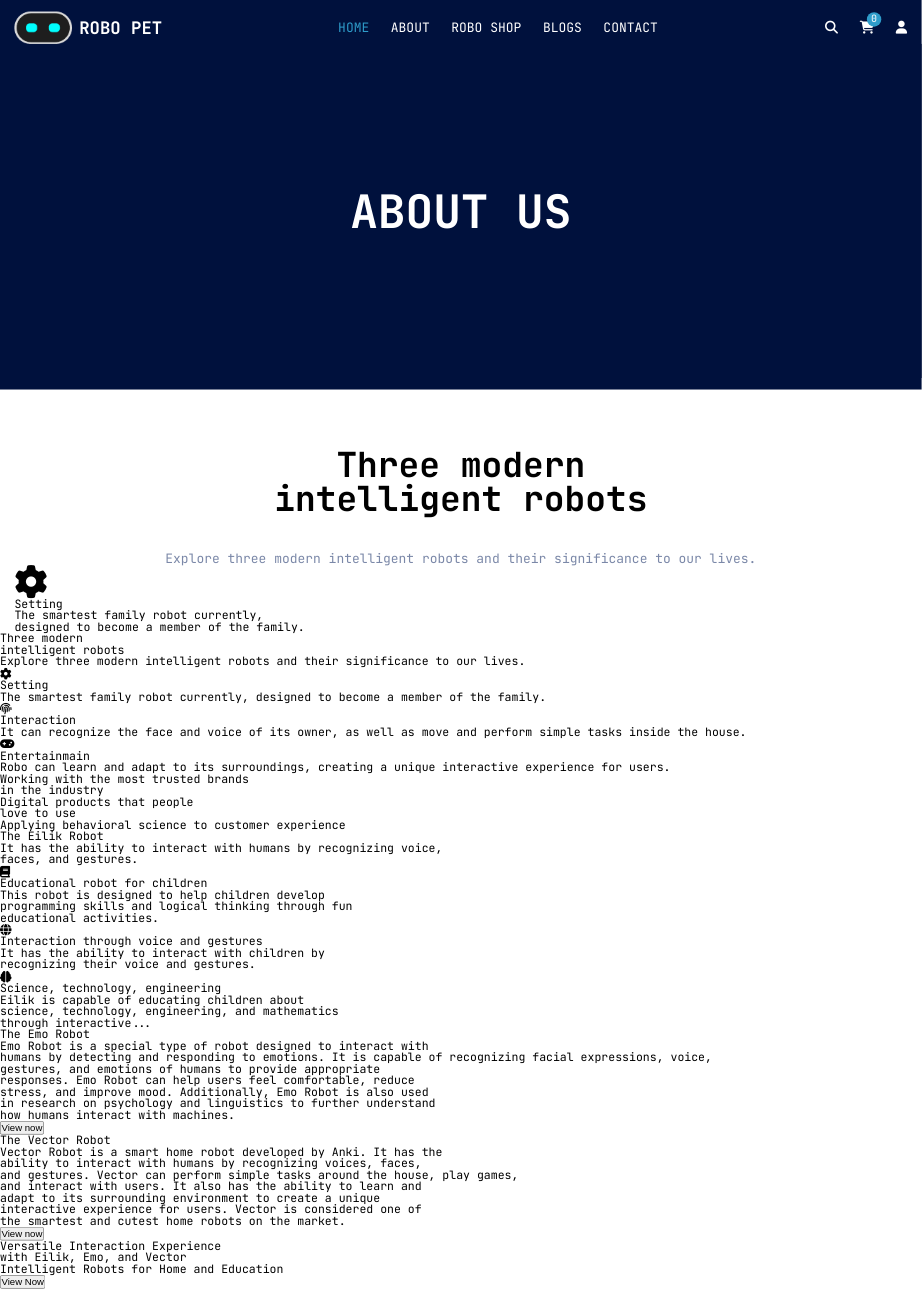
Repository: trietle101/du-an-1
Page: http://localhost/about.html
These files come from the project's save history. The page is drawn as it stood at one moment and after the next save; the edit follows.
The browser window is 1280 px wide. The pictures show the whole page, at 72% of full size.
Some web libraries are served in a nearby version. The page is run by PHP 8.4 with error messages shown; the project is at /var/www/html/.

Above is the page before, as saved 2023-03-12 22:26:50.

### about.html
<!DOCTYPE html>
<html lang="en">
  <head>
    <meta charset="UTF-8" />
    <meta http-equiv="X-UA-Compatible" content="IE=edge" />
    <meta name="viewport" content="width=device-width, initial-scale=1.0" />
    <title>About</title>
    <link rel="stylesheet" href="assets/css/reset.css" />
    <link rel="preconnect" href="https://fonts.googleapis.com" />
    <link rel="preconnect" href="https://fonts.gstatic.com" crossorigin />
    <link rel="stylesheet" href="assets/css/about.css">
    <link
      href="https://fonts.googleapis.com/css2?family=JetBrains+Mono:wght@300;400;500;700&display=swap"
      rel="stylesheet"
    />
    <script
      src="https://kit.fontawesome.com/08ee78edd1.js"
      crossorigin="anonymous"
    ></script>
  </head>
  <body>
    <header class="header">
      <div class="container">
        <nav class="header-nav">
          <a href="#" class="header-logo">
            <img src="assets/img/logo.png" />
            <span>ROBO PET</span>
          </a>

          <ul class="nav__list">
            <li class="nav__item">
              <a href="#" class="nav__link active">Home</a>
            </li>
            <li class="nav__item">
              <a href="#" class="nav__link">About</a>
            </li>
            <li class="nav__item">
              <a href="#" class="nav__link">Robo shop</a>
            </li>
            <li class="nav__item">
              <a href="#" class="nav__link">Blogs</a>
            </li>
            <li class="nav__item">
              <a href="#" class="nav__link">Contact</a>
            </li>
          </ul>

          <ul class="nav__list">
            <li class="nav__item">
              <a href="" class="nav__link"
                ><i class="fa-solid fa-magnifying-glass"></i
              ></a>
            </li>
            <li class="nav__item">
              <a href="" class="nav__link absolute">
                <i class="fa-solid fa-cart-shopping"></i>
                <span>0</span>
              </a>
            </li>
            <li class="nav__item">
              <a href="" class="nav__link"><i class="fa-solid fa-user"></i></a>
            </li>
          </ul>
        </nav>
      </div>
      <div class="header-banner">
        <div class="container">
          <h1 class="banner-title">ABOUT US</h1>
        </div>
      </div>
    </header>
    <section class="modern">
      <div class="container">
        <h2 class="modern-title">Three modern <br> intelligent robots</h2>
        <p class="modern-desc">Explore three modern intelligent robots and their significance to our lives.</p>
        <div class="modern-box">
          <div class="modern-item">
            <i class="fa-solid fa-gear"></i>
            <h3 class="modern-box-title">Setting</h3>
            <p class="modern-box-desc">The smartest family robot currently, designed to become a member of the family.</p>
          </div>
        </div>
      </div>
    </section>

    <!--phần banner-->
    <div class="banner">
           </div>
           <div class="name2">
            <h2>Three modern <br>
              intelligent robots</h2>
            <p>Explore three modern intelligent robots and their significance to our lives.</p>

        <div class="box-top">
            <div class="namebox">
                <i class="fa-solid fa-gear"></i>
                <h3>Setting</h3>
                <p>The smartest family robot currently, designed to become a member of the family.</p>
            </div>


            <div  class="namebox">
              <i class="fa-solid fa-fingerprint"></i>
                <h3>Interaction</h3>
                <p>It can recognize the face and voice of its owner, as well as move and perform simple tasks inside the house.</p>
            </div>


            <div class="namebox">
              <i class="fa-solid fa-gamepad"></i>
                <h3>Entertainmain</h3>
                <p>Robo can learn and adapt to its surroundings, creating a unique interactive experience for users.</p>
            </div>
        </div>

        <div class="name2">
          <h2>Working with the most trusted brands <br> in the industry</h2>
        </div>

        <div class="banner2">
        </div>
        <div class="namebanner2">
          <h4>Digital products that people <br> love to use</h4>
          <p>Applying behavioral science to customer experience</p>
          <div class="box-text">
            <h5>The Eilik Robot</h5>
            <p>It has the ability to interact with humans by recognizing voice,<br> faces, and gestures.</p>
               <div class="box-content">
                <i class="fa-solid fa-book"></i>
                <h6>Educational robot for children</h6>
                <p>This robot is designed to help children develop <br> programming skills and logical thinking through fun <br> educational activities.</p>
               </div>

               <div class="box-content">
                <i class="fa-solid fa-globe"></i>
                <h6>Interaction through voice and gestures</h6>
                <p>It has the ability to interact with children by <br> recognizing their voice and gestures.</p>
               </div>

               <div class="box-content">
                <i class="fa-solid fa-brain"></i>
                <h6>Science, technology, engineering</h6>
                <p> Eilik is capable of educating children about <br> science, technology, engineering, and mathematics <br> through interactive...</p>
               </div>

          </div>
          <div class="box-content2">
            <h6>The Emo Robot</h6>
            <p>Emo Robot is a special type of robot designed to interact with <br> humans by detecting and responding to emotions.

              It is capable of recognizing facial expressions, voice,<br>  gestures, and emotions of humans to provide appropriate <br> responses. Emo Robot can help users feel comfortable, reduce <br> stress, and improve mood. Additionally, Emo Robot is also used <br> in research on psychology and linguistics to further understand <br> how humans interact with machines.</p>
          </div>

          <button>View now</button>

          <div class="box-content3">
            <h6>The Vector Robot</h6>
            <p>Vector Robot is a smart home robot developed by Anki. It has  the <br> ability to interact with humans by recognizing voices, faces, <br> and gestures.

              Vector can perform simple tasks around the house, play games, <br> and interact with users. It also has the ability to learn and <br> adapt to its surrounding environment to create a unique <br> interactive experience for users. Vector is considered one of <br> the smartest and cutest home robots on the market.</p>
              <button>View now</button>
            </div>
        </div>
        <div class="endbanner">
          <h2>Versatile Interaction Experience <br> with Eilik, Emo, and Vector</h2>
                <p>Intelligent Robots for Home and Education</p>
                <button>View Now</button>
        </div>
  </body>
  <script src="assets/script/script.js"></script>
</html>

### assets/css/reset.css
/* http://meyerweb.com/eric/tools/css/reset/
   v2.0 | 20110126
   License: none (public domain)
*/
html,
body,
div,
span,
applet,
object,
iframe,
h1,
h2,
h3,
h4,
h5,
h6,
p,
blockquote,
pre,
a,
abbr,
acronym,
address,
big,
cite,
code,
del,
dfn,
em,
img,
ins,
kbd,
q,
s,
samp,
small,
strike,
strong,
sub,
sup,
tt,
var,
b,
u,
i,
center,
dl,
dt,
dd,
ol,
ul,
li,
fieldset,
form,
label,
legend,
table,
caption,
tbody,
tfoot,
thead,
tr,
th,
td,
article,
aside,
canvas,
details,
embed,
figure,
figcaption,
footer,
header,
hgroup,
menu,
nav,
output,
ruby,
section,
summary,
time,
mark,
audio,
video {
  margin: 0;
  padding: 0;
  border: 0;
  font-size: 100%;
  font: inherit;
  vertical-align: baseline;
}

/* HTML5 display-role reset for older browsers */
article,
aside,
details,
figcaption,
figure,
footer,
header,
hgroup,
menu,
nav,
section {
  display: block;
}

body {
  line-height: 1;
}

ol,
ul {
  list-style: none;
}

blockquote,
q {
  quotes: none;
}

blockquote:before,
blockquote:after,
q:before,
q:after {
  content: "";
  content: none;
}

table {
  border-collapse: collapse;
  border-spacing: 0;
}

*,
*:after,
*:before {
  margin: 0;
  padding: 0;
  box-sizing: border-box;
}
ul,
li {
  list-style-type: none;
}
a {
  text-decoration: none;
}

### assets/css/about.css
:root {
  --primary-color: #00113d;
  --secondary-color: #2e9cca;
}

html {
  box-sizing: border-box;
}

img {
  display: block;
  max-width: 100%;
}

body {
  font-family: "JetBrains Mono", sans-serif;
  min-height: 100vh;
  margin: 0;
}
header {
  background: var(--primary-color);
  padding: 1em 0;
  width: 100%;
}
.container {
  max-width: 1240px;
  margin: 0 auto;
}

.header-nav {
  display: flex;
  justify-content: space-between;
  align-items: center;
  flex-wrap: nowrap;
}

.header-logo {
  display: flex;
  justify-content: center;
  align-items: center;
}

.header-logo span {
  text-decoration: none;
  color: #fff;
  font-size: 24px;
  font-weight: bold;
  margin-right: 0.5em;
  margin-left: 10px;
}

.nav__list {
  display: flex;
  justify-content: space-between;
  align-items: center;
  flex-wrap: nowrap;
}

.nav__item:not(:first-child) {
  margin-left: 30px;
}

.nav__link {
  color: #fff;
  text-decoration: none;
  text-transform: uppercase;
  transition: 0.3s ease-in-out;
  font-size: 18px;
}

.nav__link.active {
  color: var(--secondary-color);
}

.nav__link:hover {
  color: var(--secondary-color);
}

.nav__link:hover span {
  color: var(--secondary-color);
  background-color: #fff;
}

.nav__link.absolute {
  position: relative;
}

.nav__link span {
  position: absolute;
  display: inline-block;
  background-color: var(--secondary-color);
  width: 20px;
  height: 20px;
  font-size: 14px;
  text-align: center;
  padding-top: 2px;
  border-radius: 50%;
  top: -10px;
  left: 10px;
  transition: 0.3s ease-in-out;
}

.line-effect {
  width: 0;
  height: 2px;
  background-color: var(--secondary-color);
  position: fixed;
  pointer-events: none;
  transition: all 0.25s linear;
}
.header-banner {
  width: 100%;
  max-height: 500px;
  margin: 0 auto;
  background-color: #00113d;
  padding: 200px 0;
}
.banner-title {
  font-weight: 700;
  font-size: 64px;
  color: #fff;
  text-transform: uppercase;
  text-align: center;
}
.modern {
  padding-top: 80px;
}
.modern-title {
  font-weight: 700;
  font-size: 48px;
  text-align: center;
}
.modern-desc {
  font-weight: 400;
  font-size: 18px;
  color: #7b88a8;
  text-align: center;
  margin-top: 50px;
}
.modern-box {
  display: flex;
  justify-content: space-between;
  align-items: center;
  flex-wrap: nowrap;
}
.modern-item {
  max-width: 33.33%;
}
.modern-item i {
  font-size: 46px;
}

### assets/script/script.js
window.addEventListener("load", function () {
  // --- Menu ---
  const links = [...document.querySelectorAll(".nav__link")];
  links.forEach((item) => item.addEventListener("mouseenter", handleHoverLink));
  const line = document.createElement("div");
  line.classList = "line-effect";
  document.body.appendChild(line);

  function handleHoverLink(event) {
    const { left, top, width, height } = event.target.getBoundingClientRect();
    const offsetBottom = 5;
    line.style.width = `${width}px`;
    line.style.left = `${left}px`;
    line.style.top = `${top + height + offsetBottom}px`;
  }
  const menu = document.querySelector(".nav__list");
  menu.addEventListener("mouseleave", function () {
    line.style.width = 0;
  });

  const nav = document.querySelectorAll(".nav__link");
  nav.forEach((item) => {
    item.addEventListener("click", () => {
      nav.forEach((item) => {
        item.classList.remove("active");
      });
      item.classList.add("active");
    });
  });
});

After the next save:
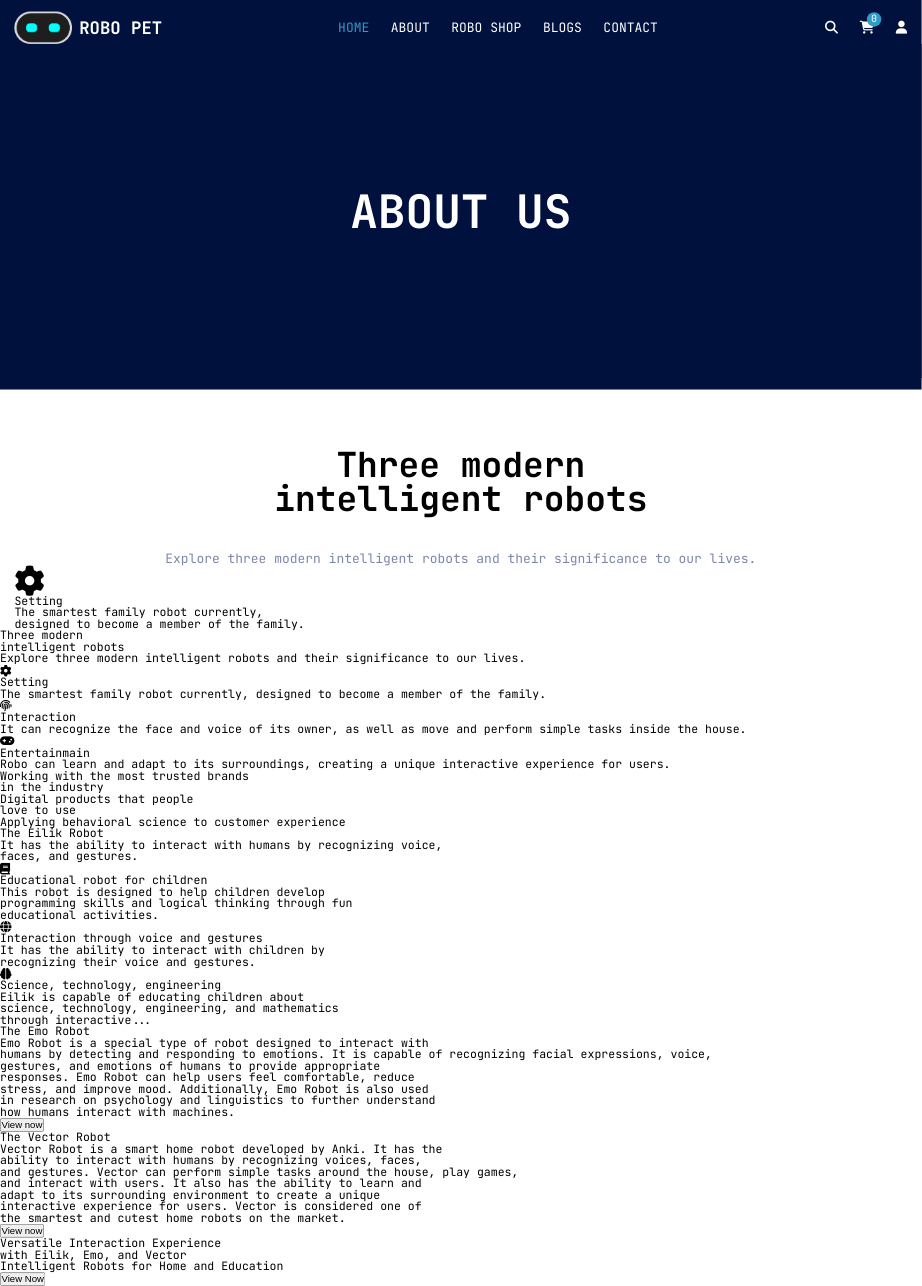
Saved 15 s later.
--- a/assets/css/about.css
+++ b/assets/css/about.css
@@ -147,5 +147,5 @@
   max-width: 33.33%;
 }
 .modern-item i {
-  font-size: 46px;
+  font-size: 42px;
 }

After the save that followed:
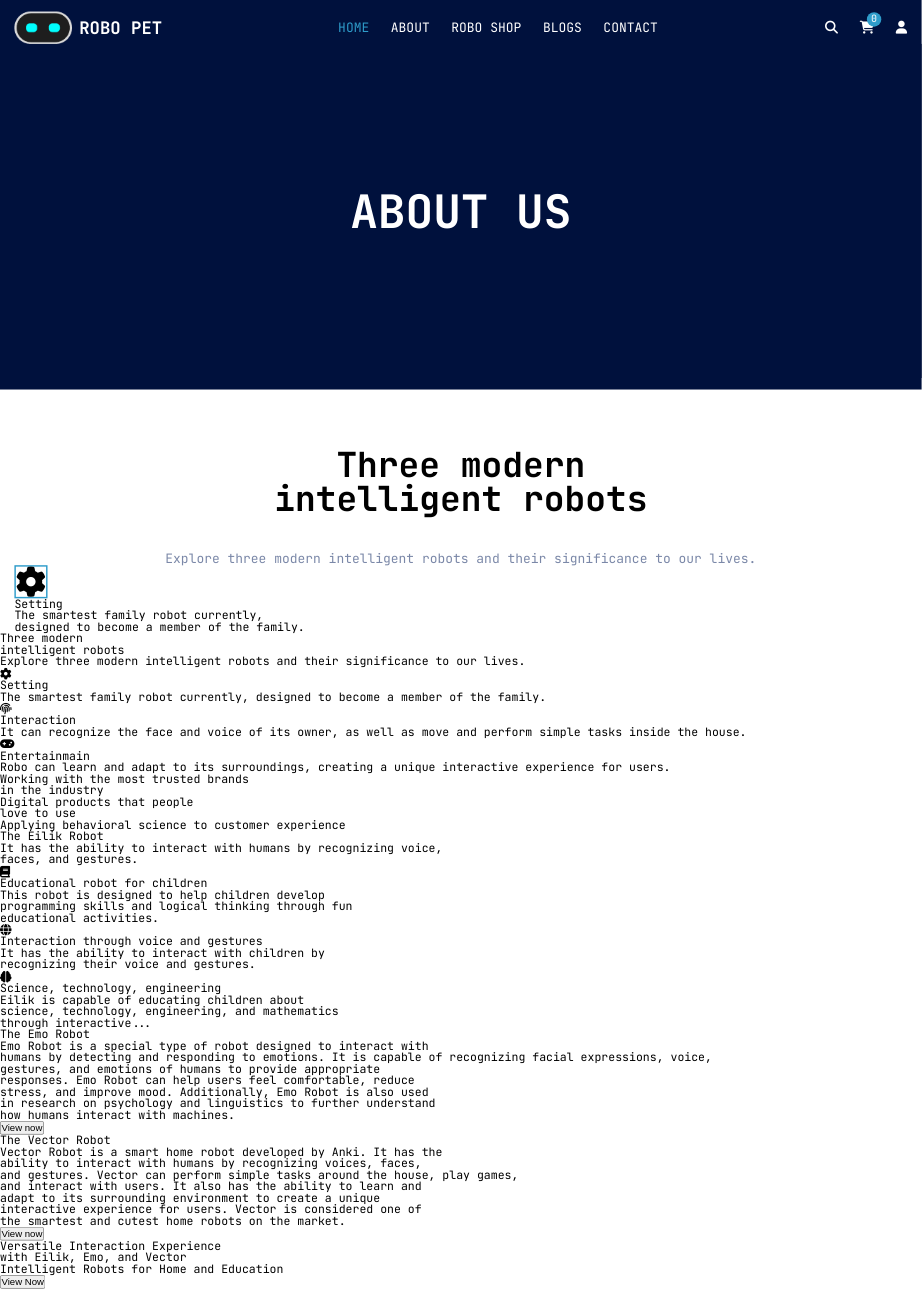
Saved 25 s later.
--- a/assets/css/about.css
+++ b/assets/css/about.css
@@ -148,4 +148,6 @@
 }
 .modern-item i {
   font-size: 42px;
+  border: 2px solid var(--secondary-color);
+  background-color: #fff;
 }
